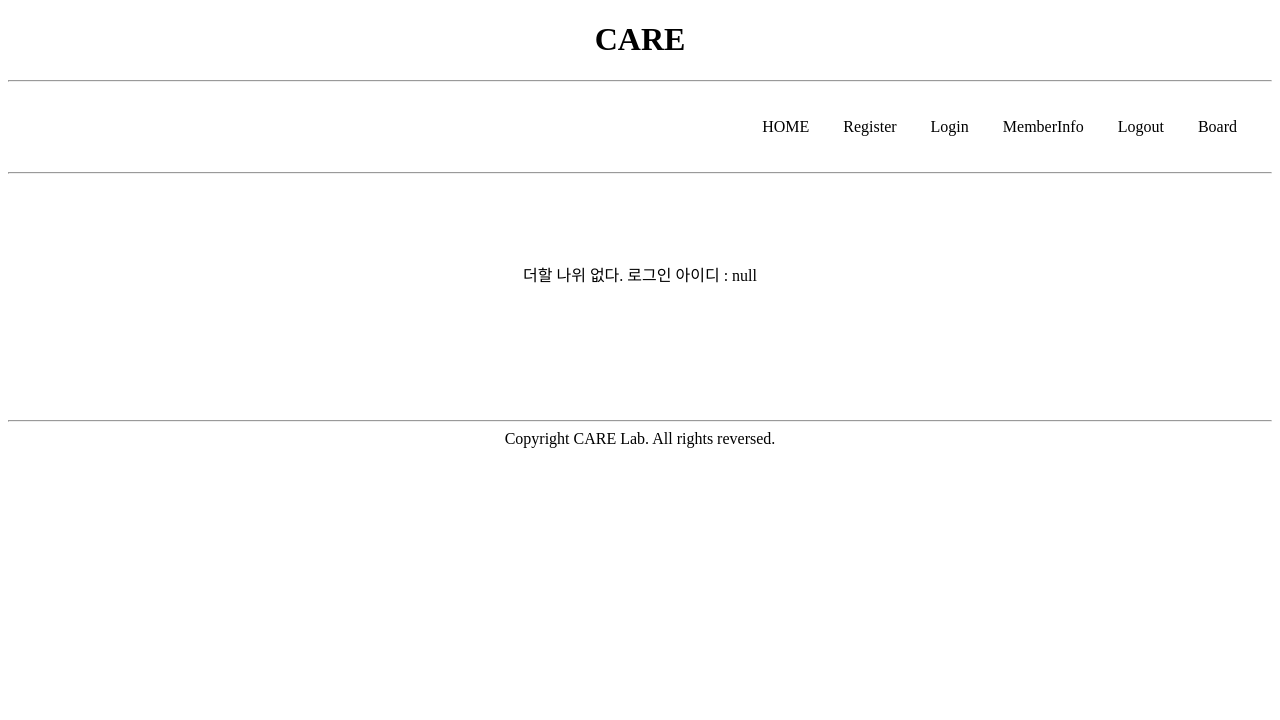
Repository: qldfhr123/Learned_collection
Page: http://localhost/jspExam/jstl/index.jsp
An editor plug-in stored every save of this project. The page is shown before and after the next save, followed by the edit.
The browser window is 1280 px wide. The pictures show the whole page.
The page is served by Tomcat 9.

Above is the page before, as saved 2023-06-27 06:50:10.

After the next save:
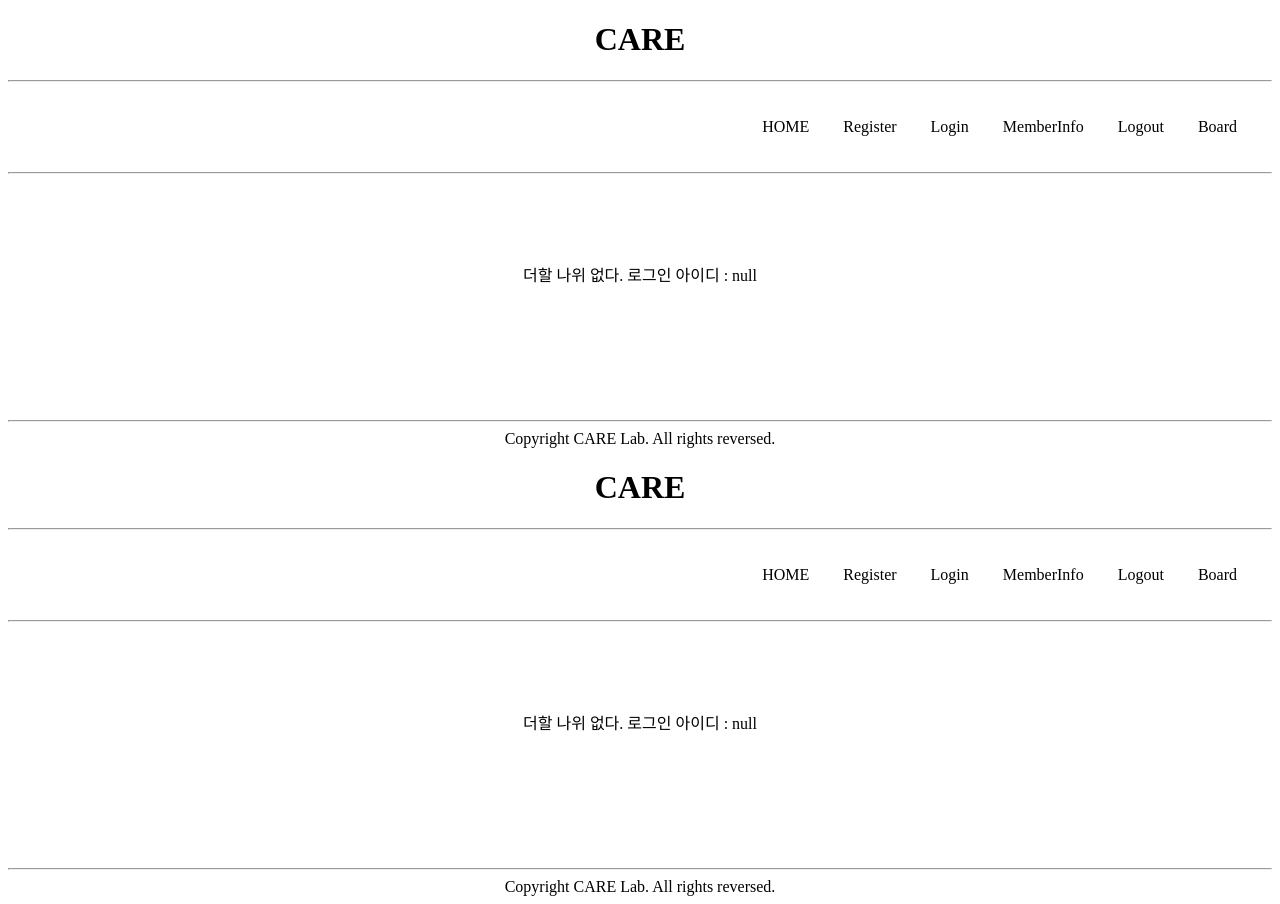
Saved 27 s later.
--- a/java_workplace/java_workplace/jspExam/src/main/webapp/jstl/index.jsp
+++ b/java_workplace/java_workplace/jspExam/src/main/webapp/jstl/index.jsp
@@ -15,6 +15,10 @@
 	<%@ include file = "main.jsp" %>
 	<%@ include file = "footer.jsp" %>
 
+	<c:import url="header.jsp"></c:import>
+	<c:import url="main.jsp"></c:import>
+	<c:import url="footer.jsp"></c:import>
+
 
 </body>
 </html>

After the save that followed:
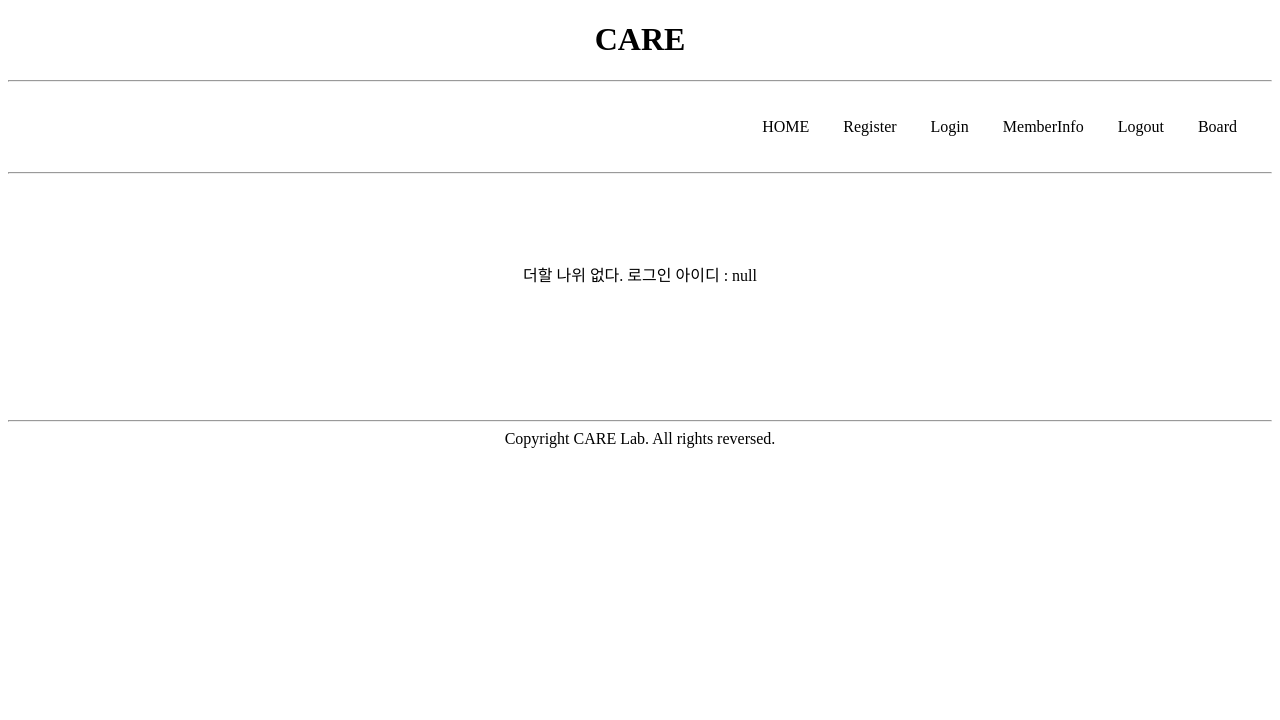
Saved 14 s later.
--- a/java_workplace/java_workplace/jspExam/src/main/webapp/jstl/index.jsp
+++ b/java_workplace/java_workplace/jspExam/src/main/webapp/jstl/index.jsp
@@ -11,10 +11,11 @@
 <body>
 
 <!-- http://localhost:8085/jsp_exam/session_quiz/index.jsp -->
+<%--
 	<%@ include file = "header.jsp" %>
 	<%@ include file = "main.jsp" %>
 	<%@ include file = "footer.jsp" %>
-
+	--%>
 	<c:import url="header.jsp"></c:import>
 	<c:import url="main.jsp"></c:import>
 	<c:import url="footer.jsp"></c:import>
